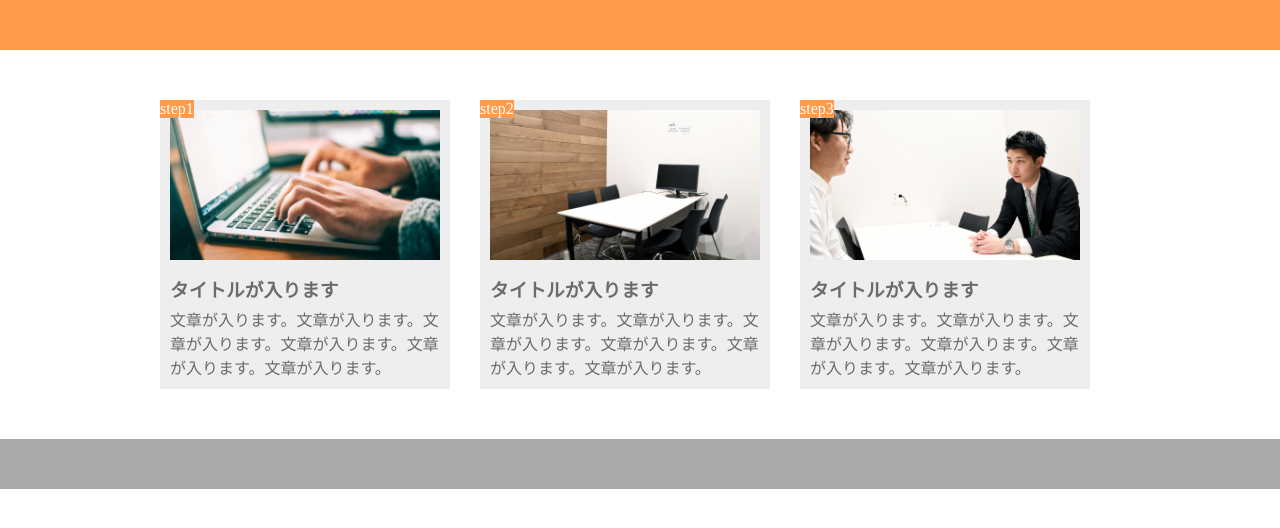
Repository: Yuki-Kawagoe/chapter4
Page: chapter9/index.html
The author's editor kept a record of every edit. The page is drawn from the files as they stood at one moment, then again after the next edit.
The browser window is 1280 px wide. The pictures show the whole page.

Above is the page before.

### chapter9/index.html
<!DOCTYPE html>
 <html lang="ja">
 <head>
  <meta charset="UTF-8">
  <link rel="stylesheet" href="style.css" />
  <title>Chapter9</title>
 </head>

 <body>
   <header></header>


   <main>
    <div class="step-box">
      <div class="step-img1"></div>
       <span class="step-num">step1</span>
        <h3 class="box-title">タイトルが入ります</h3>
          <p class="box-text">
           文章が入ります。文章が入ります。文章が入ります。文章が入ります。文章が入ります。文章が入ります。</p>
    </div>

    <div class="step-box">
      <div class="step-img2"></div>
       <span class="step-num">step2</span>
        <h3 class="box-title">タイトルが入ります</h3>
          <p class="box-text">
           文章が入ります。文章が入ります。文章が入ります。文章が入ります。文章が入ります。文章が入ります。</p>
    </div>

    <div class="step-box">
      <div class="step-img3"></div>
       <span class="step-num">step3</span>
        <h3 class="box-title">タイトルが入ります</h3>
          <p class="box-text">
           文章が入ります。文章が入ります。文章が入ります。文章が入ります。文章が入ります。文章が入ります。</p>
    </div>
   </main>

   <footer></footer>

 </body>

 </html>

### chapter9/style.css
* {
  margin: 0px;
  padding: 0px;
  box-sizing: border-box;
  color: #6c6b6b;
}

header {
  height: 50px;
  background-color: #FF9A4B
}

main {
  width: 960px;
  margin: 50px auto;
  display: flex;

}

.step-box {
  width: 300px;
  padding: 10px;
  margin-right: 30px;
  background-color: #EEEEEE;
  position: relative;
}

.step-img1 {
  height: 150px;
  background-image: url(img/flow01.png);
  background-position: bottom;
  background-size: cover;
}

.step-img2 {
  height: 150px;
  background-image: url(img/flow02.png);
  background-position: bottom;
  background-size: cover;
}


.step-img3 {
  height: 150px;
  background-image: url(img/flow03.png);
  background-position:bottom;
  background-size:cover;
}

.step-num {
  position: absolute;
  top:0;
  left:0;
  background-color: #ff9a4b;
  color: #fff;
}

.box-title {
  margin:15px 0 5px;
}

footer {
  width: 100%;
  height: 50px;
  background-color: #AAAAAA
}

After the next edit:
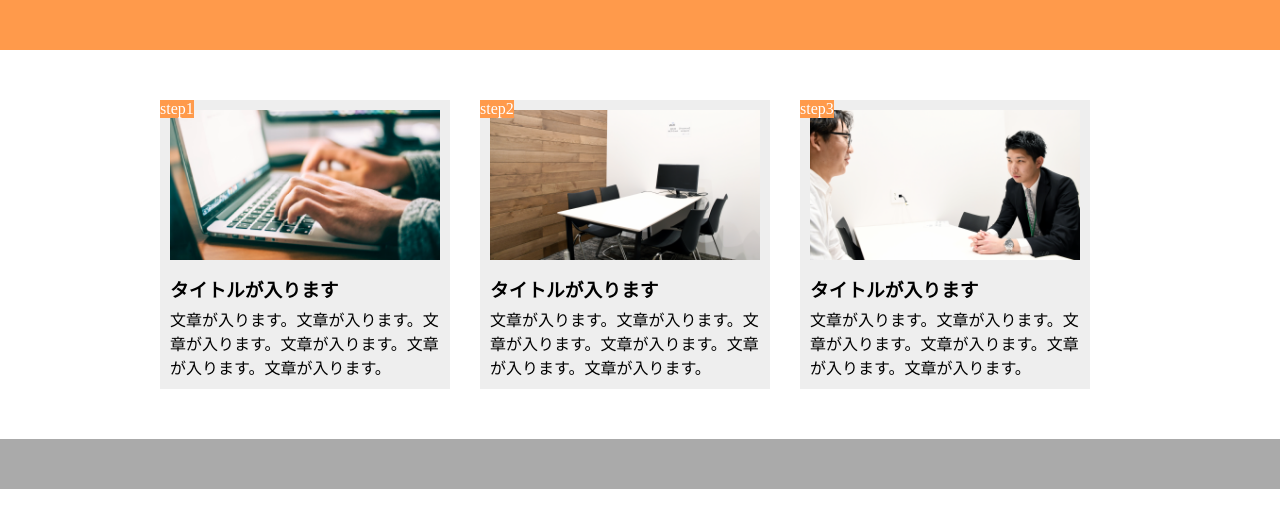
The edit:
--- a/chapter9/style.css
+++ b/chapter9/style.css
@@ -2,7 +2,6 @@
   margin: 0px;
   padding: 0px;
   box-sizing: border-box;
-  color: #6c6b6b;
 }
 
 header {
